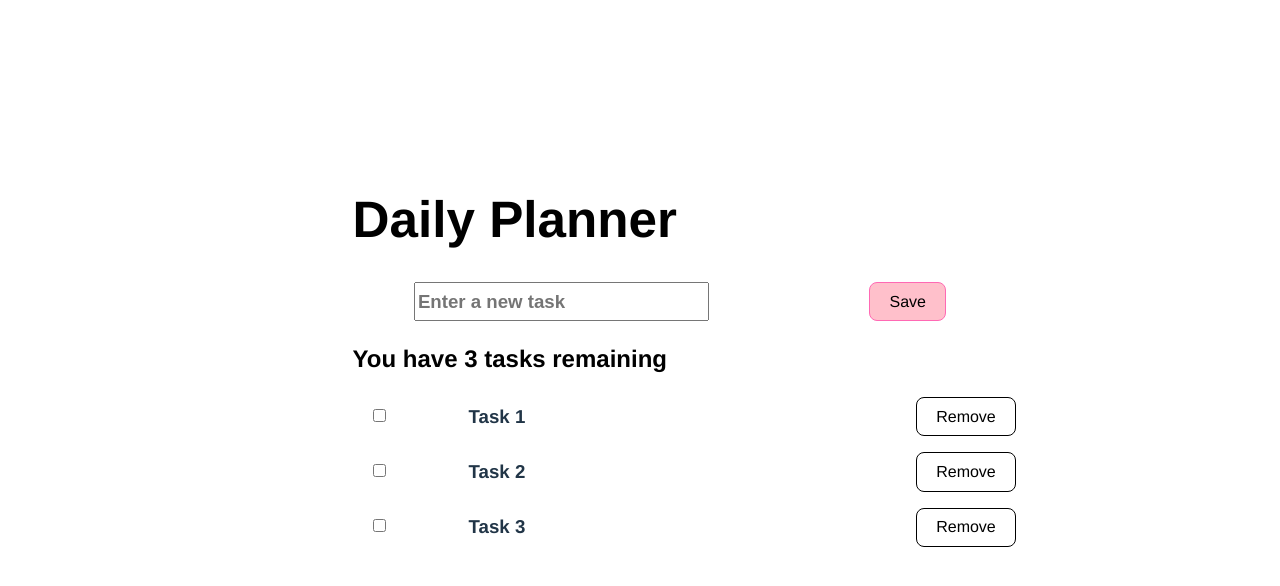
Repository: MonicaNguyenH/Frontend_Assignment6
Page: / (app in react/)
These files come from the project's save history. The page is drawn as it stood at one moment and after the next save; the edit follows.
The browser window is 1280 px wide. The pictures show the whole page.
The project was rebuilt for these pictures with package versions that can differ from the ones it lists, and the page was loaded fresh each time. Also part of the build but not shown: react/vite.config.js.

Above is the page before, as saved 2024-10-11 01:02:53.

### react/src/App.jsx
// import { useState } from 'react'
import { useState } from 'react';
import './App.css'
import Task from './components/Task'
import TaskForm from './components/TaskForm';

function App() {
  const [task, setTask] = useState([
    { id: 1, name: "Task 1", completed: false },
    { id: 2, name: "Task 2", completed: false },
    { id: 3, name: "Task 3", completed: false }
  ]);

  const addTask = (newTask) => {
    setTask([...task, {...newTask, completed: false}]); // add task incompleted by default
  };

  const toggleComplete = (taskId) => {
    const updatedTasks = task.map(task =>
      task.id === taskId ? { ...task, completed: !task.completed } : task // toggle task completed status
    );
    setTask(updatedTasks); // update the state with the new task list
  };

  const removeTask = (taskId) => {
    const updatedTasks = task.filter(task => task.id !== taskId);
    setTask(updatedTasks); // update the state without the removed task
  };

  // count remaining task
  const remainingTask = task.filter(task => !task.completed).length;

  return (
    <>
      <div className="main">
        <h1 className="header">Daily Planner</h1>
        <div>
          <TaskForm addTask={addTask} /> {/* Pass addTask to TaskForm */}
          <h2 className="counting">You have {remainingTask} task{remainingTask !== 1 ? 's' : ''} remaining</h2> {/* count remaining (more than 1 have 's') */}
          {task.map((task) => (
            <Task
              key={task.id}
              name={task.name}
              completed={task.completed}
              toggleComplete={toggleComplete}
              removeTask={() => removeTask(task.id)}
            />
          ))}
        </div>
      </div>
    </>
  )
}

export default App

### react/src/App.css
#root {
  margin: 0 auto;
  padding: 2rem;
  text-align: center;

  font-family: Helvetica, sans-serif;
}

.main {

}

.header {
  color: black;
  text-align: left;
}

.counting {
  color: black;
  text-align: left;
}

/* TaskForm  */
.formContainer {
  width: 100%;
  display: flex;
  flex-direction: row;
  justify-content: center;
}

.btn-save {
  background-color: pink;
  border-radius: 15;
  border: 1px solid hotpink;
}

.btn-save:hover {
  background-color: hotpink;
  border: 1px solid pink;
}


.task {
  display: flex;
  flex-direction: row;
  align-items: center;
  margin: 1em;

  width: 100%;
  min-width: 20em;
}

#checkbox {
  margin-right: 1rem;
  width: 2em;
  height: 2rem;
  accent-color: pink;
}

#task-name {
  margin: 0 10rem 0 5rem;
  font-weight: bold;
  font-size: 14pt;
  text-align: left;
  min-width: 50%;
}

.task-delete {
  border: 1px solid black;
  background-color: white;
  border-radius: 15;
  cursor: pointer;
}

.task-delete:hover {
  border: 1px solid pink;
}

### react/src/components/Task.jsx
import { useState, useEffect, useRef } from "react";

export default function Task({name, toggleComplete, id, completed, removeTask}){

    // check box section
    // Ref for the checkbox and task name elements
    const checkboxRef = useRef(null);
    const taskNameRef = useRef(null);

    useEffect(() => {
        const checkbox = checkboxRef.current;
        const crossText = taskNameRef.current;

        if (checkbox&&crossText) {
            const handleCheckBoxChange = () => {
                toggleComplete(id); // call toggleComplete function passed from the parent to update task completion status
                if(checkbox.checked) {
                    crossText.style.textDecoration = "line-through";
                } else {
                    crossText.style.textDecoration = "none";
                }
            };

            checkbox.addEventListener("change", handleCheckBoxChange);

            // cleanup listener
            return () => {
                checkbox.removeEventListener("change", handleCheckBoxChange);
            };

        }
    }, [toggleComplete, id]);

    // remove button section
    const [visible, setVisible] = useState(true);

    // const removeTask = () => {
    //     setVisible(false);
    // };

    if (!visible) {
        return null;
    }

    return (
        <>
            <div className="task">
                <label htmlFor="checkbox">
                    <input
                        type="checkbox"
                        id={`checkbox-${id}`}
                        ref={checkboxRef}
                        checked={completed} // current taks status based on completion
                        onChange={() => toggleComplete(id)}
                    />
                </label>
                <p id="task-name" ref={taskNameRef}>{name}</p>
                <button
                    className="task-delete"
                    onClick={removeTask}>
                        Remove
                </button>
            </div>

        </>
    );
}

### react/src/components/TaskForm.jsx
import { useState } from "react";
import { nanoid } from 'nanoid';

// const taskTemplate = {
//     name: 'new task'
// };

export default function TaskForm({addTask}) {
    const [taskName, setTaskName] = useState(''); // state for the task input
    const [editing, setEditing] = useState(false); // editing task

    // form submission
    const handleSubmit = (e) => {
        e.preventDefault(); // the form submission will be handled by JavaScript instead of triggering a page refresh
        if (taskName.trim()) { // checks if the taskName (the text the user entered) is not an empty string after trimming whitespace
            addTask({
                id: nanoid(),
                name: taskName
            });
            setTaskName(''); // clear the input field
            //setEditing(false); // close the form after saving
        }
    }

    return (
        <>
            <form onSubmit={handleSubmit}>
                <div className="formContainer">
                    <input
                        id="task-name"
                        name="task-name"
                        type="text"
                        value={taskName}
                        onChange={(e) => setTaskName(e.target.value)}
                        placeholder="Enter a new task"
                    />
                    <div className="btn-group">
                        <button type="submit" className="btn-save">Save</button>
                    </div>
                </div>
            </form>
        </>
    )
}

Loaded but not shown: react/index.html (common file); react/src/main.jsx (common file); react/src/index.css (common file)

After the next save:
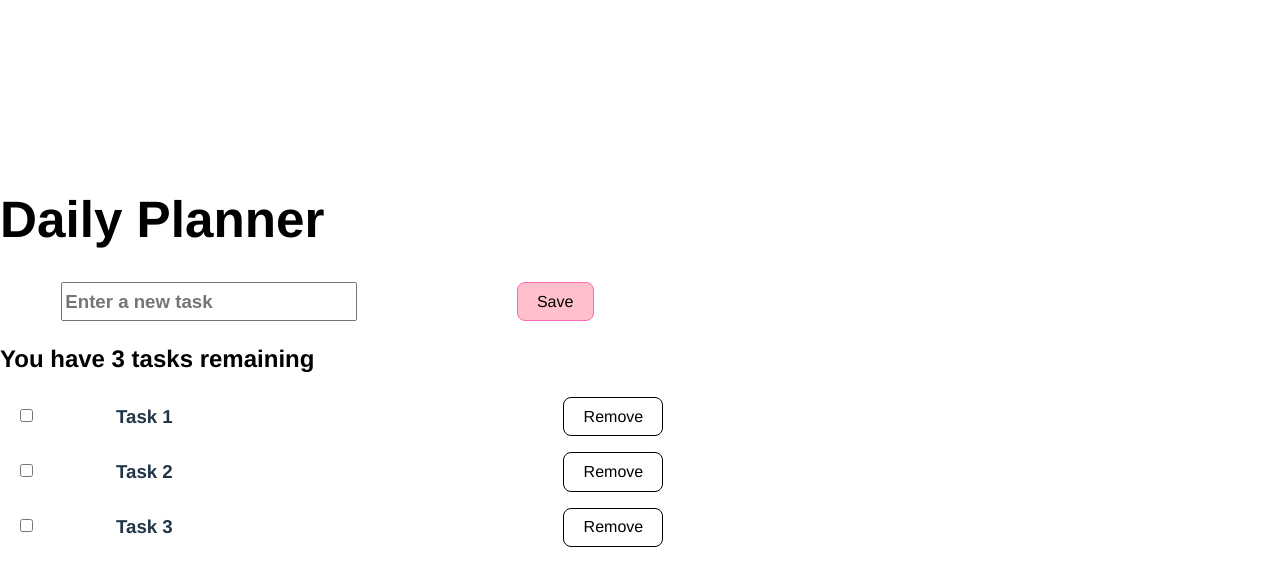
Saved 23 s later.
--- a/react/src/App.css
+++ b/react/src/App.css
@@ -1,7 +1,8 @@
 #root {
+  /* max-width: 1280px;
   margin: 0 auto;
   padding: 2rem;
-  text-align: center;
+  text-align: center; */
 
   font-family: Helvetica, sans-serif;
 }

After the save that followed:
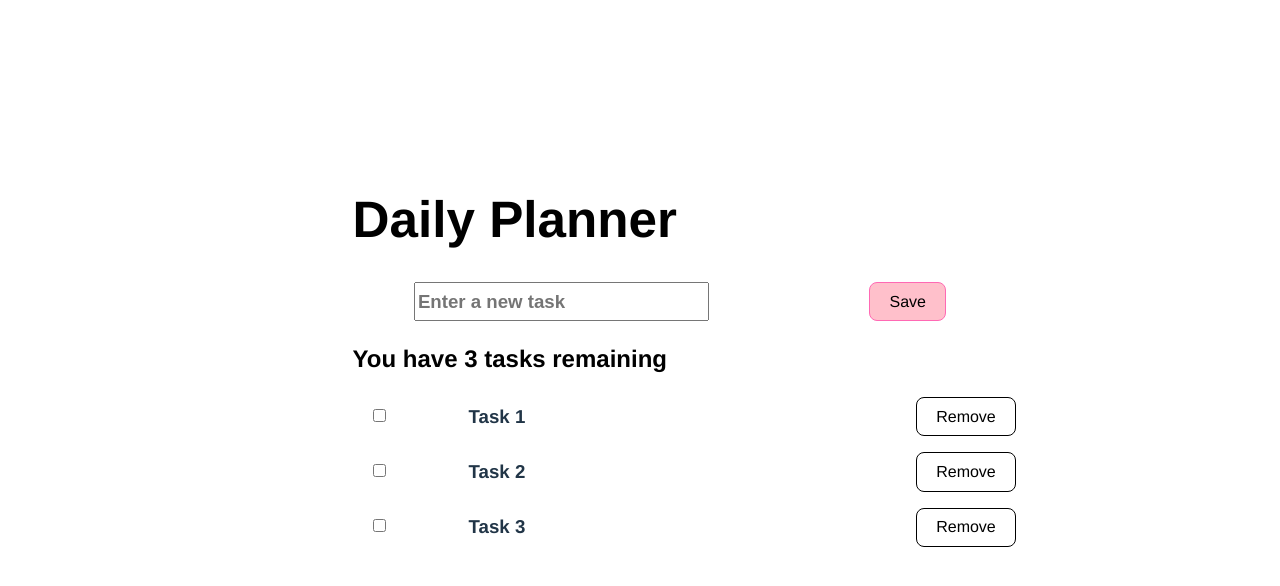
Saved 15 s later.
--- a/react/src/App.css
+++ b/react/src/App.css
@@ -1,8 +1,8 @@
 #root {
-  /* max-width: 1280px;
+  max-width: 1280px;
   margin: 0 auto;
   padding: 2rem;
-  text-align: center; */
+  text-align: center;
 
   font-family: Helvetica, sans-serif;
 }
